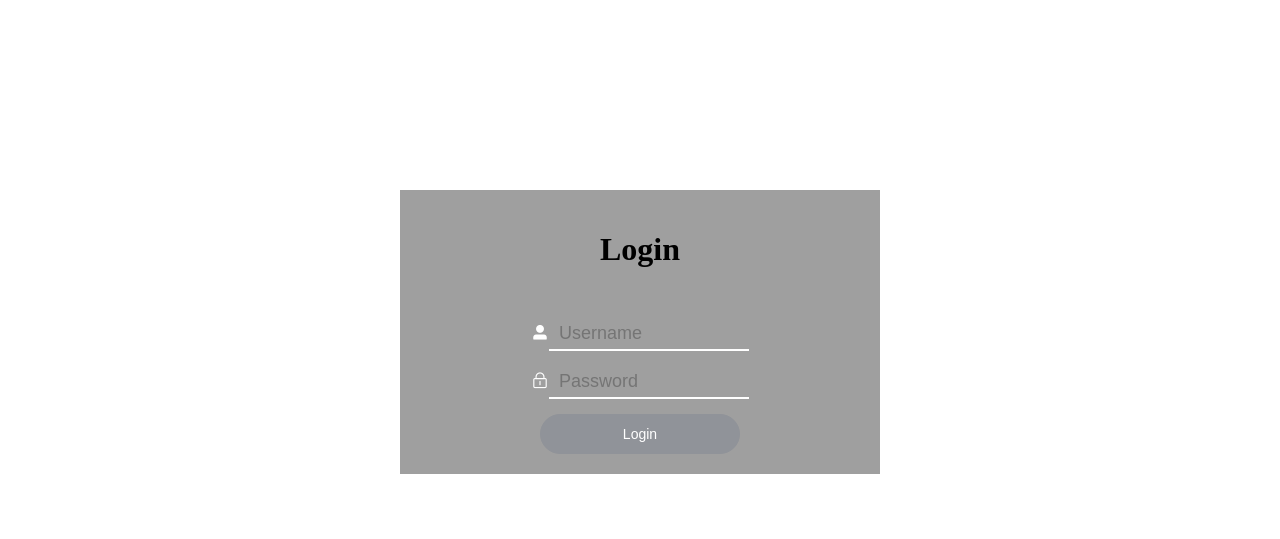
Repository: 951713487/net_shopping
Page: /
An editor plug-in stored every save of this project. The page is shown before and after the next save, followed by the edit.
The browser window is 1280 px wide. The pictures show the whole page.
The project was rebuilt for these pictures with package versions that can differ from the ones it lists, and the page was loaded fresh each time.

Above is the page before, as saved 2020-03-17 15:06:58.

### src/App.vue
<template>
  <div id="app">
  <router-view></router-view>
  </div>
</template>

<script>


export default {
  name: 'app'

}
</script>

<style>

</style>

### src/router/index.js
import Vue from 'vue'
import VueRouter from 'vue-router'
import Login from '../components/Login.vue'


Vue.use(VueRouter)



const router = new VueRouter({
  routes:[
    { path: '/' , redirect: '/login' },
    { path: '/login' , component: Login }
  ]
})

export default router

### src/plugins/element.js
import Vue from 'vue'
import { Button, Input } from 'element-ui'

Vue.use(Button)
Vue.use(Input)

### src/components/Login.vue
<template>
    <div id="login_box">
      <h1>Login</h1>
      <div class="form">
        <div class="item">
          <i class="el-icon-user-solid"></i>
          <input placeholder="Username" prefix-icon="el-icon-search" type="text" />
        </div>
        <div class="item">
          <i class="el-icon-lock"></i>
          <input placeholder="Password" prefix-icon="el-icon-search" type="password" />
        </div>
      </div>
      <el-button type="info" round>Login</el-button>
    </div>
</template>

<script>
export default {};
</script>

<style lang="less" scoped>
#login_box {
  width: 30%;
  height: auto;
  border: 1px #000;
  margin: 0 auto;
  margin-top: 15%;
  text-align: center;
  background-color: #00000060;
  padding: 20px 50px;
}

#login_box .form {
  margin-top: 50px;
}
#login_box .form .item {
  margin-top: 15px;
}
#login_box .form .item i {
  font-size: 18px;
  color: #fff;
}
#login_box .form .item input {
  width: 180px;
  font-size: 18px;
  border: 0;
  border-bottom: 2px solid #fff;
  padding: 5px 10px;
  background: #ffffff00;
  color: #fff;
}
#login_box button {
  margin-top: 15px;
  width: 200px;
  height: 30px center;
}

</style>

Loaded but not shown: public/index.html (common file); src/main.js (common file)

After the next save:
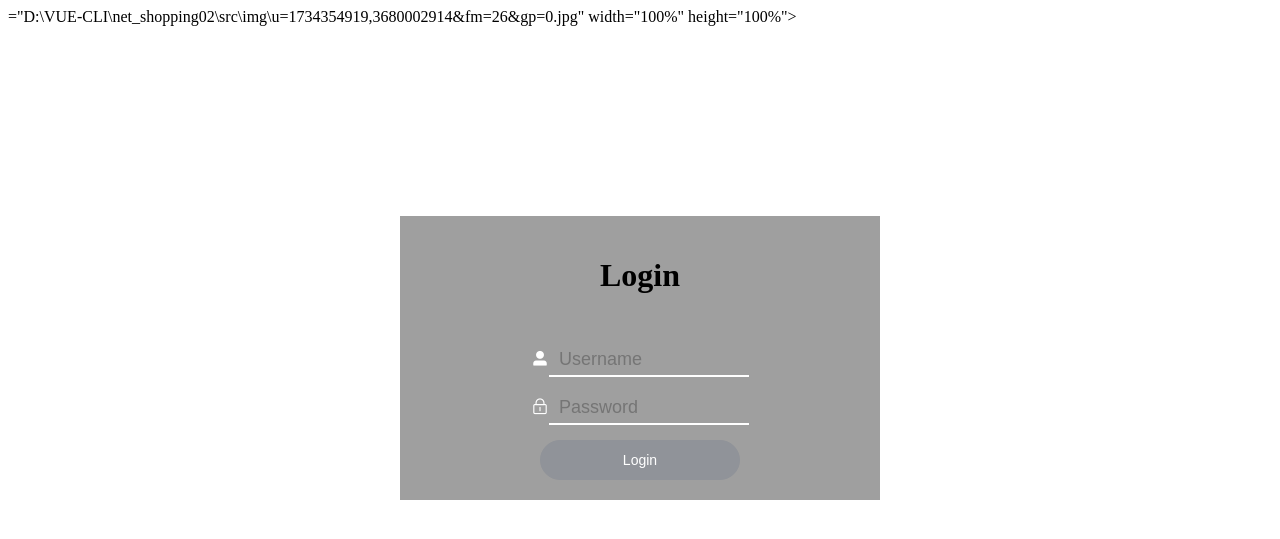
Saved 2 h 7 min later.
--- a/src/components/Login.vue
+++ b/src/components/Login.vue
@@ -1,4 +1,8 @@
 <template>
+<div>
+    <div class="background">
+        <img:src="D:\VUE-CLI\net_shopping02\src\img\u=1734354919,3680002914&fm=26&gp=0.jpg" width="100%" height="100%">
+    </div>
     <div id="login_box">
       <h1>Login</h1>
       <div class="form">
@@ -12,6 +16,7 @@
         </div>
       </div>
       <el-button type="info" round>Login</el-button>
+    </div>
     </div>
 </template>
 
